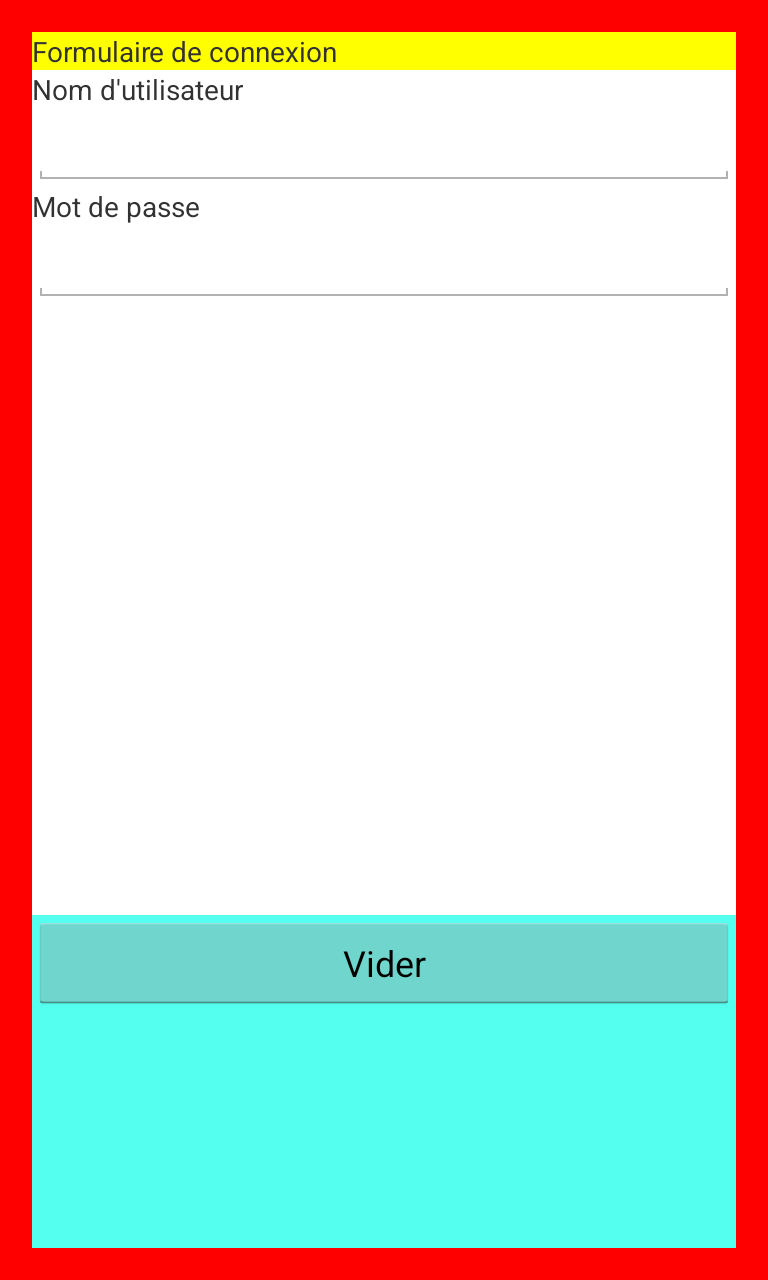
Repository: ablanchard/formation-android
Layout: ParlezVousAndroid/res/layout/fragment_main.xml
These files come from the project's save history. The layout is drawn as it stood at one moment and after the next save; the edit follows.
It is drawn on a 768 x 1280 px phone screen (xhdpi) without system bars, with theme AppTheme; the app's code is not run.

Above is the layout before, as saved 2014-04-29 09:06:41.

### ParlezVousAndroid/res/layout/fragment_main.xml
<RelativeLayout xmlns:android="http://schemas.android.com/apk/res/android"
    xmlns:tools="http://schemas.android.com/tools"
    android:layout_width="match_parent"
    android:layout_height="match_parent"
    android:background="#FFFF0000"
    android:paddingBottom="@dimen/activity_vertical_margin"
    android:paddingLeft="@dimen/activity_horizontal_margin"
    android:paddingRight="@dimen/activity_horizontal_margin"
    android:paddingTop="@dimen/activity_vertical_margin"
    tools:context="com.example.parlezvousandroid.MainActivity$PlaceholderFragment" >

    <LinearLayout
        android:id="@+id/header"
        android:layout_width="match_parent"
        android:layout_height="wrap_content"
        android:layout_alignParentTop="true"
        android:layout_centerHorizontal="true"
        android:background="#FFFFFF00"
        android:orientation="vertical" >

        <TextView
            android:layout_width="fill_parent"
            android:layout_height="wrap_content"
            android:text="@string/form" />
    </LinearLayout>

    <ScrollView
        android:id="@+id/content"
        android:layout_width="match_parent"
        android:layout_height="wrap_content"
        android:layout_above="@+id/footer"
        android:layout_below="@+id/header"
        android:background="#FFFFFFFF" >

        <LinearLayout
            android:layout_width="fill_parent"
            android:layout_height="wrap_content"
            android:orientation="vertical" >

            <TextView
                android:layout_width="wrap_content"
                android:layout_height="wrap_content"
                android:text="@string/nom" />

            <EditText
                android:layout_height="wrap_content"
                android:layout_width="fill_parent"
                android:inputType="text" />

            <TextView
                android:layout_width="wrap_content"
                android:layout_height="wrap_content"
                android:text="@string/pass" />

            <EditText

                android:layout_height="wrap_content"
                android:layout_width="fill_parent"
                android:inputType="text" />
        </LinearLayout>
    </ScrollView>

    <LinearLayout
        android:id="@+id/footer"
        android:layout_width="fill_parent"
        android:layout_height="wrap_content"
        android:layout_alignLeft="@+id/header"
        android:layout_alignParentBottom="true"
        android:background="#FF55FFF0"
        android:orientation="horizontal" >

        <Button
            android:layout_width="fill_parent"
            android:layout_height="wrap_content"
            android:text="@string/button_empty" />

        <Button
            android:layout_width="match_parent"
            android:layout_height="wrap_content"
            android:text="@string/button_validate" />
    </LinearLayout>

</RelativeLayout>

### ParlezVousAndroid/res/values/strings.xml
<?xml version="1.0" encoding="utf-8"?>
<resources>

    <string name="app_name">ParlezVousAndroid</string>
    <string name="hello_world">Hello world!</string>
    <string name="action_settings">Settings</string>
    <string name="form">Formulaire de connexion</string>
    <string name="nom">Nom d\'utilisateur</string>
    <string name="pass">Mot de passe</string>
    <string name="button_empty">Vider</string>
    <string name="button_validate">Envoyer</string>


</resources>

Loaded but not shown: ParlezVousAndroid/res/values/styles.xml (common file); ParlezVousAndroid/res/values-v11/styles.xml (common file); ParlezVousAndroid/res/values-v14/styles.xml (common file); ParlezVousAndroid/res/values/dimens.xml (common file); ParlezVousAndroid/res/values-w820dp/dimens.xml (common file)

After the next save:
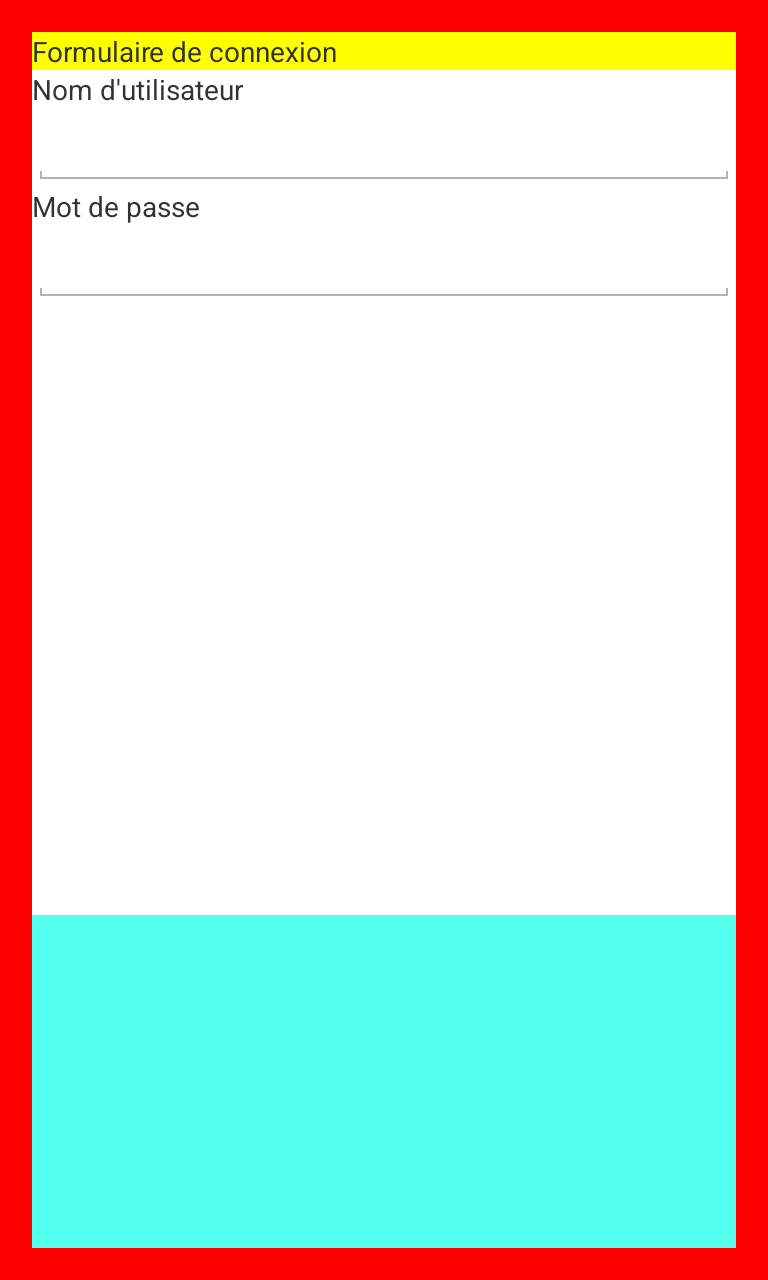
Saved 2 min 4 s later.
--- a/ParlezVousAndroid/res/layout/fragment_main.xml
+++ b/ParlezVousAndroid/res/layout/fragment_main.xml
@@ -70,12 +70,15 @@
         android:orientation="horizontal" >
 
         <Button
-            android:layout_width="fill_parent"
+            android:layout_width="0dp"
+            android:layout_height="0.5"
             android:layout_height="wrap_content"
             android:text="@string/button_empty" />
 
         <Button
-            android:layout_width="match_parent"
+
+            android:layout_width="0dp"
+            android:layout_height="0.5"
             android:layout_height="wrap_content"
             android:text="@string/button_validate" />
     </LinearLayout>
